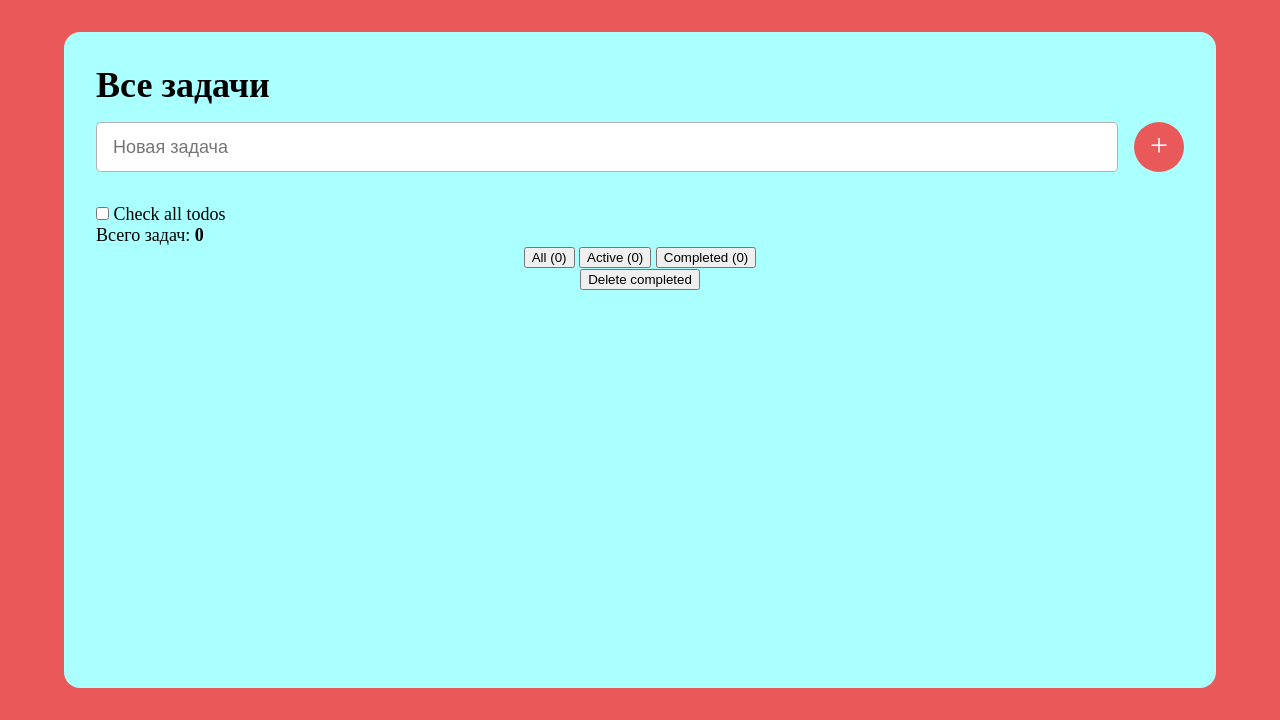
Repository: Pavel-dot614/ToDo
Page: index.html
The author's editor kept a copy of each file at every save. The page is drawn from the files as they stood at one save, then again after the next save.
The browser window is 1280 px wide. The pictures show the whole page.

Above is the page before, as saved 2024-06-24 16:42:10.

After the next save:
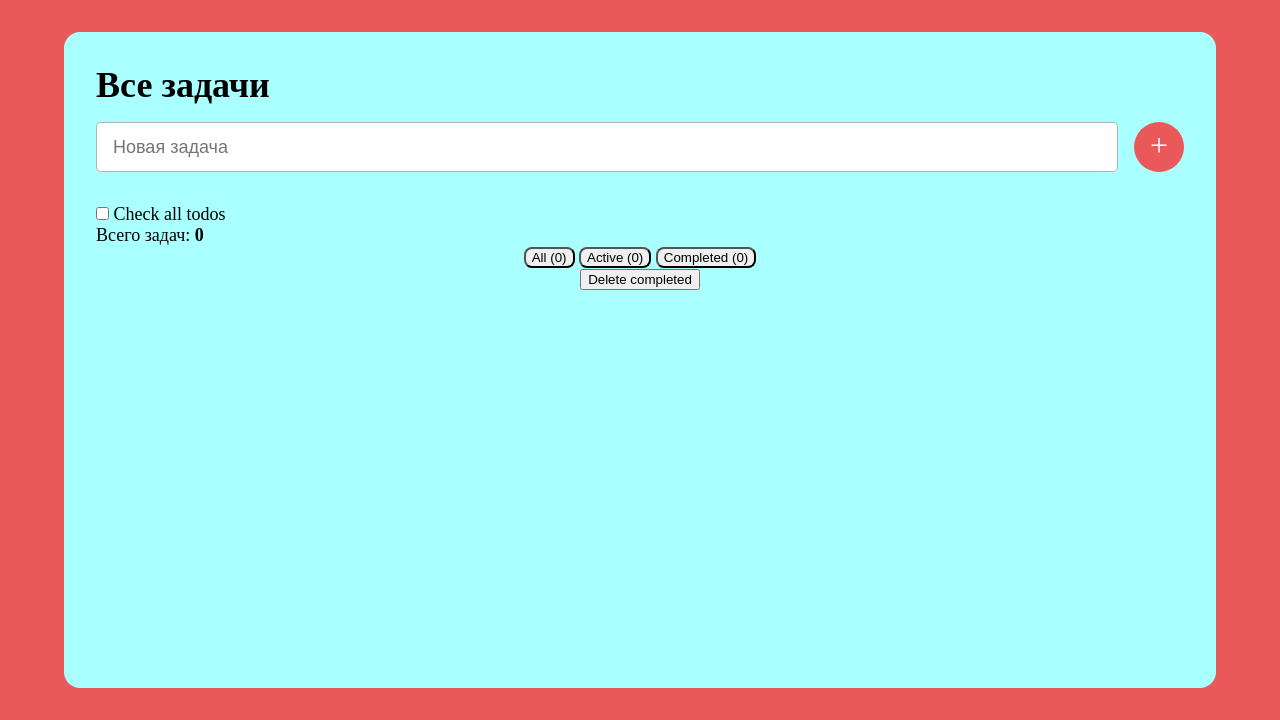
Saved 2 min 10 s later.
--- a/index.html
+++ b/index.html
@@ -30,9 +30,9 @@
              <div id="tasks" class="todo__list">
         </div>
     <div class="todo__buttons">
-        <button id="btn-all" type="button" class="btn btn-outline-secondary"><span id="allCount">All (0)</span></button>
-        <button id="btn-active" type="button" class="btn btn-outline-secondary">Active <span id="activeCount">(0)</span></button>
-        <button id="btn-completed" type="button" class="btn btn-outline-secondary">Completed <span id="completedCount">(0)</span></button>
+        <button id="btn-all" type="button" class="button"><span id="allCount">All (0)</span></button>
+        <button id="btn-active" type="button" class="button">Active <span id="activeCount">(0)</span></button>
+        <button id="btn-completed" type="button" class="button">Completed <span id="completedCount">(0)</span></button>
     </div>
     <div class="pagination"></div>
     <div class="todo__delete-complete">
